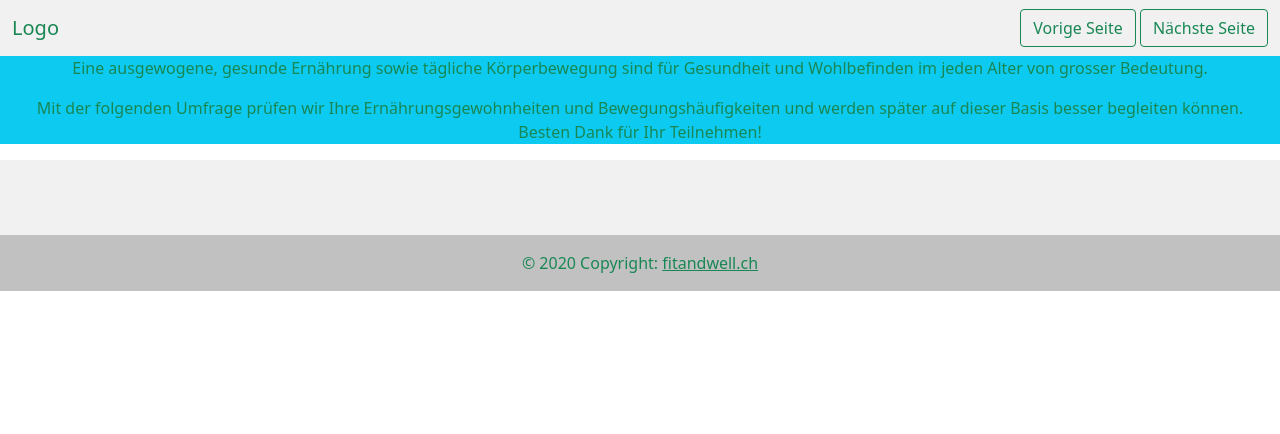
Repository: stephane71183101/Stephane-Personal-Health-Survey
Page: http://localhost/form-q01-start-page.php
The author's editor kept a copy of each file at every save. The page is drawn from the files as they stood at one save, then again after the next save.
The browser window is 1280 px wide. The pictures show the whole page.
The page is run by PHP 8.4 with error messages shown; the project is at /var/www/html/.

Above is the page before, as saved 2022-03-15 15:52:12.

After the next save:
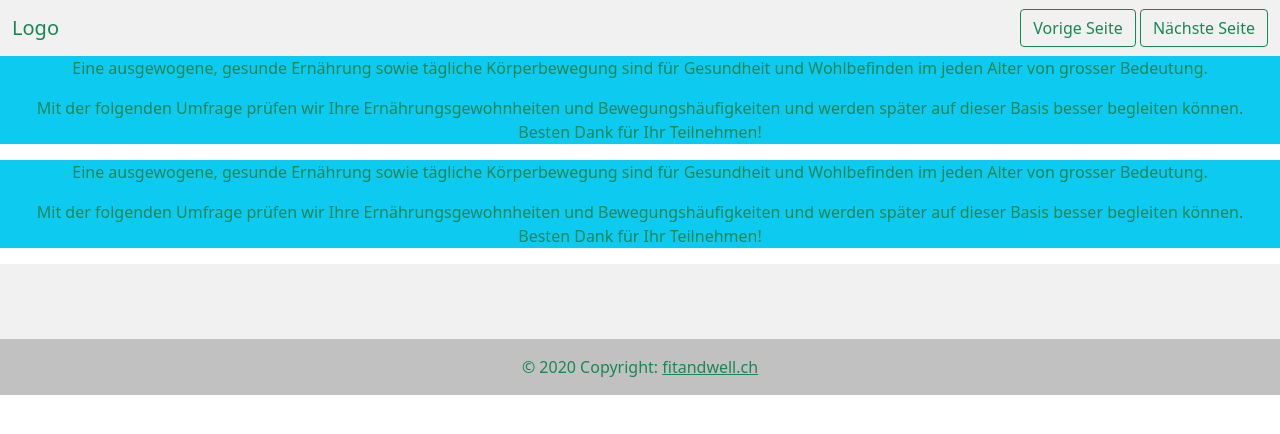
Saved 59 s later.
--- a/form-q01-start-page.php
+++ b/form-q01-start-page.php
@@ -24,12 +24,21 @@
 </header>
 
 <body>
+
     <div class="container-fluid text-center text-success bg-info">
-    <div  class="container-width">
-    <p>Eine ausgewogene, gesunde Ernährung sowie tägliche Körperbewegung sind für Gesundheit und Wohlbefinden im jeden Alter von grosser Bedeutung.</p>
-    <p>Mit der folgenden Umfrage prüfen wir Ihre Ernährungsgewohnheiten und Bewegungshäufigkeiten und werden später auf dieser Basis besser begleiten können. Besten Dank für Ihr Teilnehmen!</p>
+        <div  class="container-width">
+        <p>Eine ausgewogene, gesunde Ernährung sowie tägliche Körperbewegung sind für Gesundheit und Wohlbefinden im jeden Alter von grosser Bedeutung.</p>
+        <p>Mit der folgenden Umfrage prüfen wir Ihre Ernährungsgewohnheiten und Bewegungshäufigkeiten und werden später auf dieser Basis besser begleiten können. Besten Dank für Ihr Teilnehmen!</p>
+        </div>
     </div>
+
+    <div class="container-fluid text-center text-success bg-info">
+        <div  class="container-width">
+        <p>Eine ausgewogene, gesunde Ernährung sowie tägliche Körperbewegung sind für Gesundheit und Wohlbefinden im jeden Alter von grosser Bedeutung.</p>
+        <p>Mit der folgenden Umfrage prüfen wir Ihre Ernährungsgewohnheiten und Bewegungshäufigkeiten und werden später auf dieser Basis besser begleiten können. Besten Dank für Ihr Teilnehmen!</p>
+        </div>
     </div>
+
 <footer>
     <div class="text-center text-white" style="background-color: #f1f1f1;">
     <!-- Grid container -->
